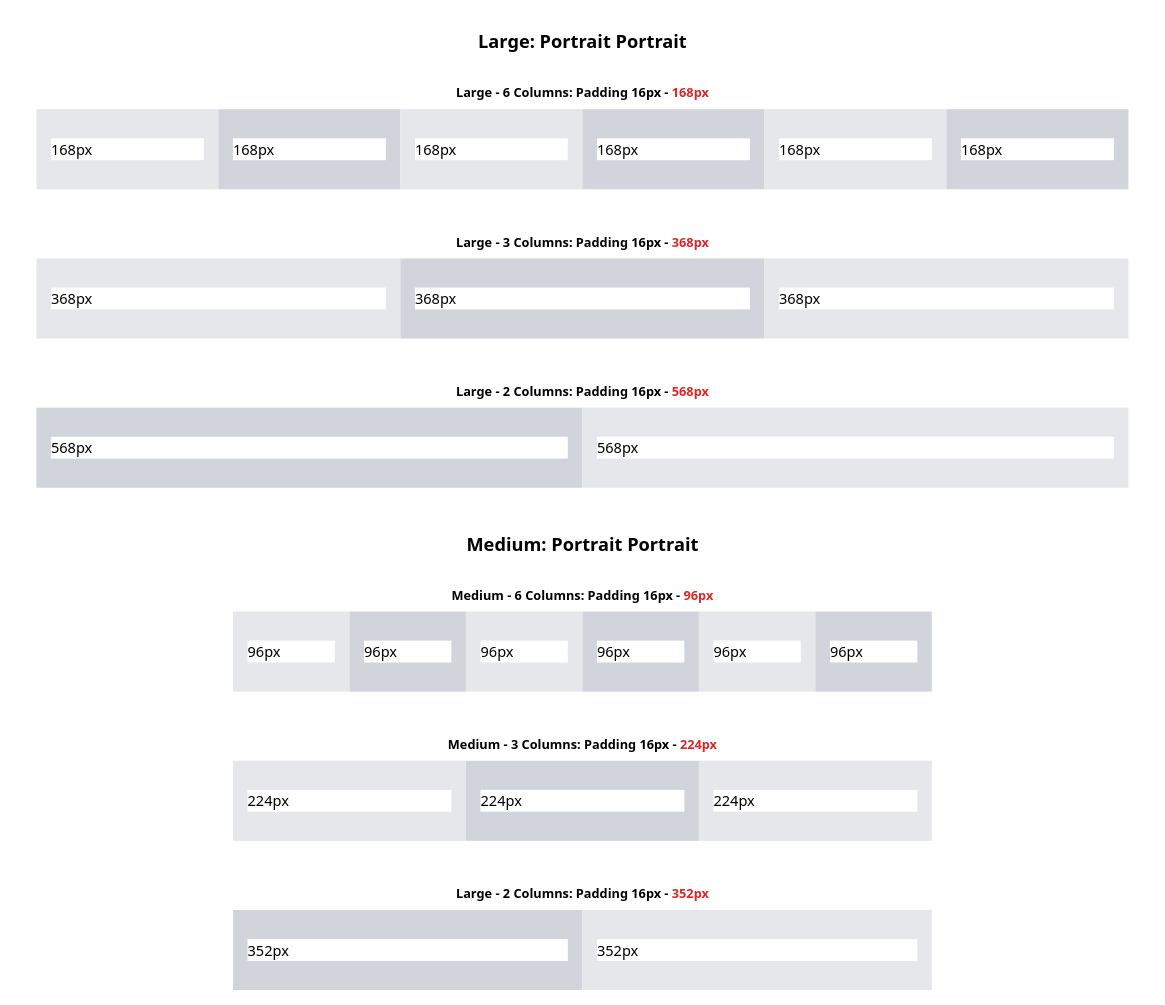
Repository: fabianwurk/vue-tailwind
Page: /
The author's editor kept a copy of each file at every save. The page is drawn from the files as they stood at one save, then again after the next save.
The browser window is 1280 px wide. The pictures show the whole page, at 91% of full size.
The project was rebuilt for these pictures with package versions that can differ from the ones it lists, and the page was loaded fresh each time. Also part of the build but not shown: vite.config.js.

Above is the page before, as saved 2021-03-16 00:31:54.

### src/App.vue
<template>
  <Large />
  <Medium />
</template>

<script setup>
import Large from './components/Large.vue';
import Medium from './components/Medium.vue';

</script>

### src/components/Large.vue
<template>
  <div>
  <h1 class="text-xl font-bold mb-2 mt-8 text-center">Large: Portrait Portrait</h1>
  <div class="container mx-auto">
    <h2 class="text-sm font-bold mb-2 mt-8 text-center">Large - 6 Columns: Padding 16px - <span class="text-red-600">{{ sixCol }}</span></h2>
    <div class="flex items-center">
      <div class="w-1/6 bg-gray-200 mb-4 mt-0 py-8 px-4">
        <span class="bg-white w-full block">{{ sixCol }}</span>
      </div>
      <div class="w-1/6 bg-gray-300 mb-4 mt-0 py-8 px-4">
        <span class="bg-white w-full block">{{ sixCol }}</span>
      </div>
      <div class="w-1/6 bg-gray-200 mb-4 mt-0 py-8 px-4">
        <span class="bg-white w-full block">{{ sixCol }}</span>
      </div>
      <div class="w-1/6 bg-gray-300 mb-4 mt-0 py-8 px-4">
        <span class="bg-white w-full block">{{ sixCol }}</span>
      </div>
      <div class="w-1/6 bg-gray-200 mb-4 mt-0 py-8 px-4">
        <span class="bg-white w-full block">{{ sixCol }}</span>
      </div>
      <div class="w-1/6 bg-gray-300 mb-4 mt-0 py-8 px-4">
        <span class="bg-white w-full block">{{ sixCol }}</span>
      </div>
    </div>
  </div>

  <div class="container mx-auto">
    <h2 class="text-sm font-bold mb-2 mt-8 text-center">Large - 3 Columns: Padding 16px - <span class="text-red-600">{{ threeCol }}</span></h2>
    <div class="flex items-center">
      <div class="w-1/3 bg-gray-200 mb-4 mt-0 py-8 px-4">
        <span class="bg-white w-full block">{{ threeCol }}</span>
      </div>
      <div class="w-1/3 bg-gray-300 mb-4 mt-0 py-8 px-4">
        <span class="bg-white w-full block">{{ threeCol }}</span>
      </div>
      <div class="w-1/3 bg-gray-200 mb-4 mt-0 py-8 px-4">
        <span class="bg-white w-full block">{{ threeCol }}</span>
      </div>
    </div>
  </div>

  <div class="container mx-auto">
    <h2 class="text-sm font-bold mb-2 mt-8 text-center">Large - 2 Columns: Padding 16px - <span class="text-red-600">{{ twoCol }}</span></h2>
    <div class="flex items-center">
      <div class="w-1/2 bg-gray-300 mb-4 mt-0 py-8 px-4">
        <span class="bg-white w-full block">{{ twoCol }}</span>
      </div>
      <div class="w-1/2 bg-gray-200 mb-4 mt-0 py-8 px-4">
        <span class="bg-white w-full block">{{ twoCol }}</span>
      </div>
    </div>
  </div>

  </div>
</template>

<script>
export default {
  data() {
    return {
      sixCol: "168px",
      threeCol: "368px",
      twoCol: "568px",
    };
  },
}
</script>

### src/components/Medium.vue
<template>
  <div>
  <h1 class="text-xl font-bold mb-2 mt-8 text-center">Medium: Portrait Portrait</h1>
  <div class="max-w-3xl mx-auto">
    <h2 class="text-sm font-bold mb-2 mt-8 text-center">Medium - 6 Columns: Padding 16px - <span class="text-red-600">{{ sixColMd }}</span></h2>
    <div class="flex items-center">
      <div class="w-1/6 bg-gray-200 mb-4 mt-0 py-8 px-4">
        <span class="bg-white w-full block">{{ sixColMd }}</span>
      </div>
      <div class="w-1/6 bg-gray-300 mb-4 mt-0 py-8 px-4">
        <span class="bg-white w-full block">{{ sixColMd }}</span>
      </div>
      <div class="w-1/6 bg-gray-200 mb-4 mt-0 py-8 px-4">
        <span class="bg-white w-full block">{{ sixColMd }}</span>
      </div>
      <div class="w-1/6 bg-gray-300 mb-4 mt-0 py-8 px-4">
        <span class="bg-white w-full block">{{ sixColMd }}</span>
      </div>
      <div class="w-1/6 bg-gray-200 mb-4 mt-0 py-8 px-4">
        <span class="bg-white w-full block">{{ sixColMd }}</span>
      </div>
      <div class="w-1/6 bg-gray-300 mb-4 mt-0 py-8 px-4">
        <span class="bg-white w-full block">{{ sixColMd }}</span>
      </div>
    </div>
  </div>

  <div class="max-w-3xl mx-auto">
    <h2 class="text-sm font-bold mb-2 mt-8 text-center">Medium - 3 Columns: Padding 16px - <span class="text-red-600">{{ threeColMd }}</span></h2>
    <div class="flex items-center">
      <div class="w-1/3 bg-gray-200 mb-4 mt-0 py-8 px-4">
        <span class="bg-white w-full block">{{ threeColMd }}</span>
      </div>
      <div class="w-1/3 bg-gray-300 mb-4 mt-0 py-8 px-4">
        <span class="bg-white w-full block">{{ threeColMd }}</span>
      </div>
      <div class="w-1/3 bg-gray-200 mb-4 mt-0 py-8 px-4">
        <span class="bg-white w-full block">{{ threeColMd }}</span>
      </div>
    </div>
  </div>

  <div class="max-w-3xl mx-auto">
    <h2 class="text-sm font-bold mb-2 mt-8 text-center">Large - 2 Columns: Padding 16px - <span class="text-red-600">{{ twoColMd }}</span></h2>
    <div class="flex items-center">
      <div class="w-1/2 bg-gray-300 mb-4 mt-0 py-8 px-4">
        <span class="bg-white w-full block">{{ twoColMd }}</span>
      </div>
      <div class="w-1/2 bg-gray-200 mb-4 mt-0 py-8 px-4">
        <span class="bg-white w-full block">{{ twoColMd }}</span>
      </div>
    </div>
  </div>

  </div>
</template>

<script>
export default {
  data() {
    return {
      sixColMd: "96px",
      threeColMd: "224px",
      twoColMd: "352px",
    };
  },
}
</script>

### tailwind.config.js
module.exports = {
  purge: ['./index.html', './src/**/*.{vue,js,ts,jsx,tsx}'],
  darkMode: false, // or 'media' or 'class'
  theme: {
    extend: {
      container: {
        'md': {'max': '768px'},
      },
      screens: {
        'xl': {'min': '1200px', 'max': '1280px'},
        '2xl': {'max': '1280px'},
      },
    },
  },
  variants: {
    extend: {},
  },
  plugins: [],
}

Loaded but not shown: index.html (common file); src/main.js (common file); src/index.css (common file)

After the next save:
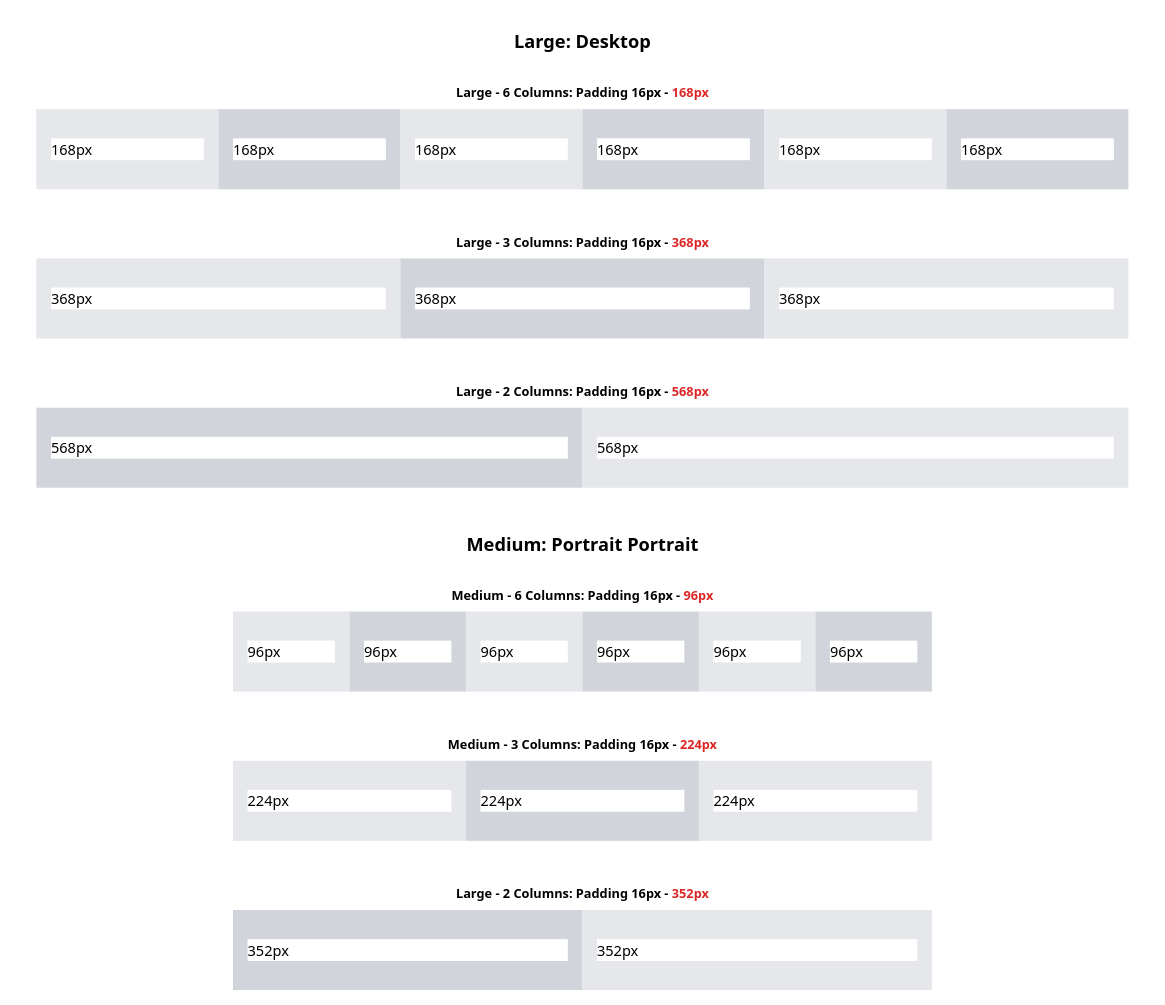
Saved 8 s later.
--- a/src/components/Large.vue
+++ b/src/components/Large.vue
@@ -1,6 +1,6 @@
 <template>
   <div>
-  <h1 class="text-xl font-bold mb-2 mt-8 text-center">Large: Portrait Portrait</h1>
+  <h1 class="text-xl font-bold mb-2 mt-8 text-center">Large: Desktop</h1>
   <div class="container mx-auto">
     <h2 class="text-sm font-bold mb-2 mt-8 text-center">Large - 6 Columns: Padding 16px - <span class="text-red-600">{{ sixCol }}</span></h2>
     <div class="flex items-center">
